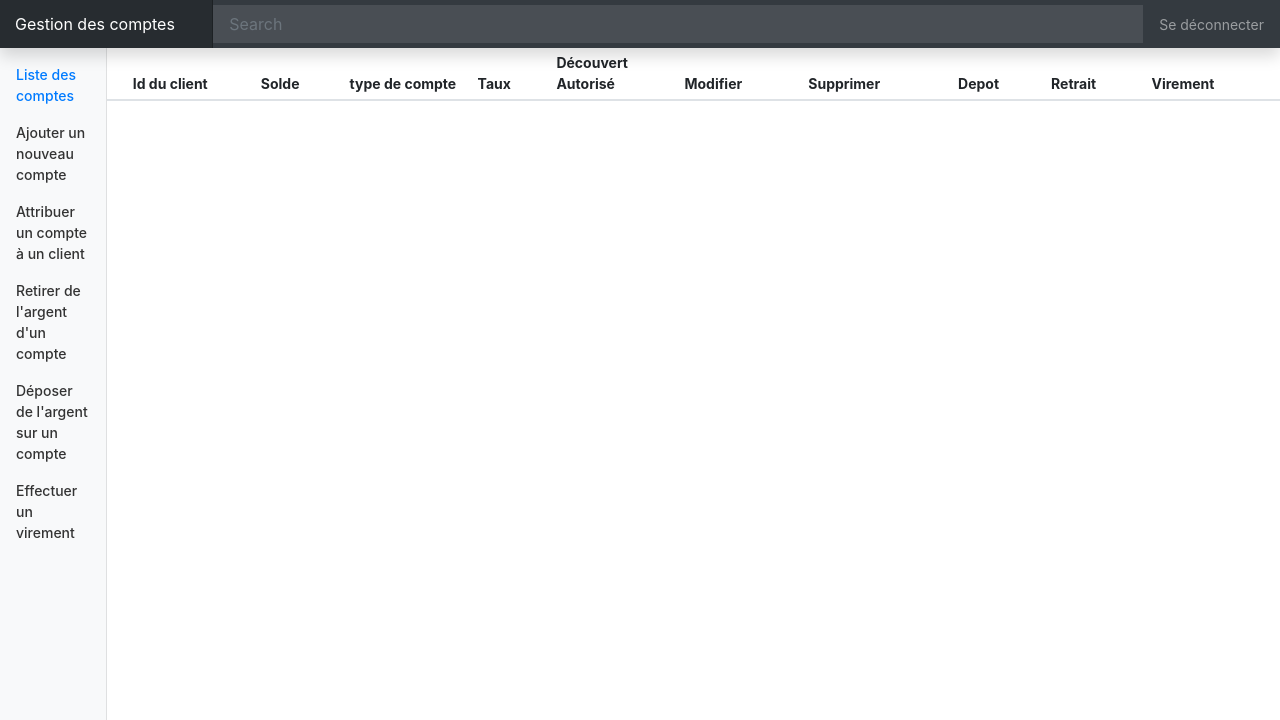
Repository: liiiseee/Projet
Page: http://localhost/02_projet_gestion_clients_compte/menu-comptes.jsp
These files come from the project's save history. The page is drawn as it stood at one moment and after the next save; the edit follows.
The browser window is 1280 px wide. The pictures show the whole page.
The page is served by Tomcat 9. The template is opened directly, without the code that normally fills it, so the values that code supplies are empty.

Above is the page before, as saved 2020-03-30 15:18:24.

After the next save:
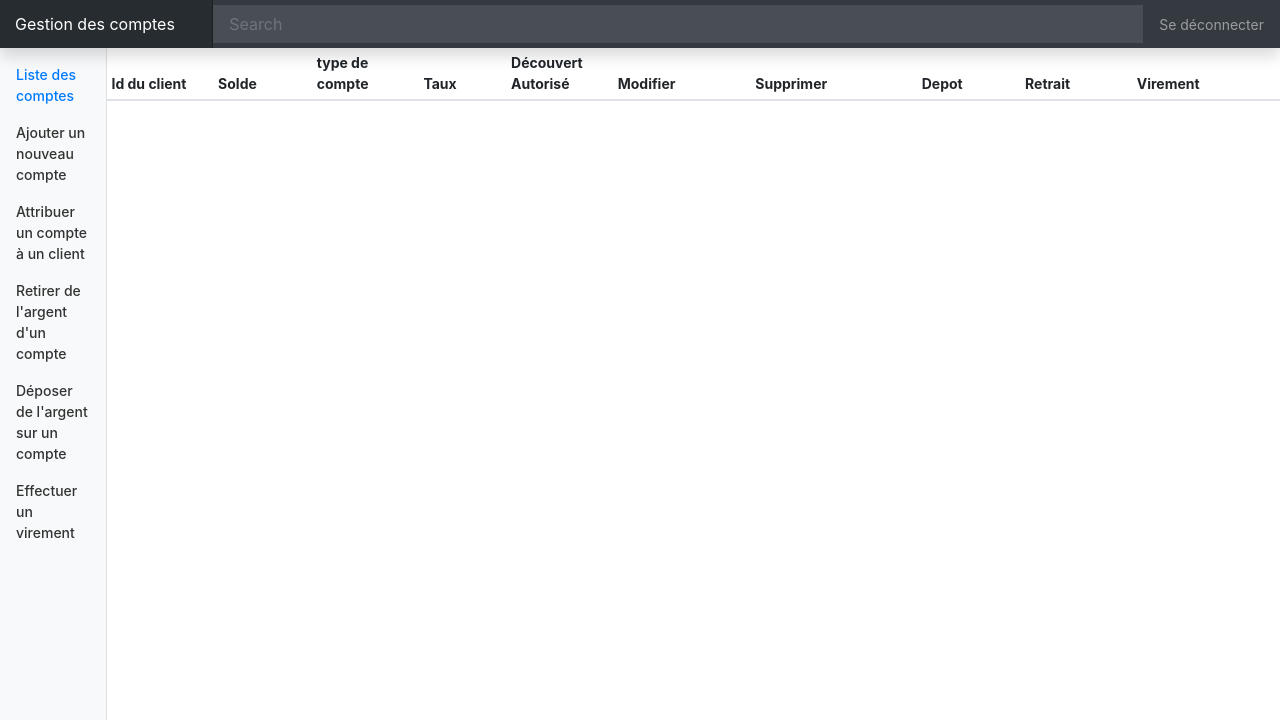
Saved 100 s later.
--- a/02_projet_gestion_clients_compte/WebContent/menu-comptes.jsp
+++ b/02_projet_gestion_clients_compte/WebContent/menu-comptes.jsp
@@ -107,16 +107,16 @@
 
           <thead >
             <tr>
-              	<th style="width:10%;">ID</th>
-              	<th style="width:10%;">Id du client</th>
-	 			<th style="width:10px;">Solde</th>
-	 			<th style="width:10%;">type de compte</th>
-	 			<th style="width:10px;">Taux</th>
-	 			<th style="width:10%;">Découvert Autorisé</th>
-	 			<th style="width:10px;">Modifier</th>
-	 			<th style="width:10px;">Supprimer</th>
-	 			<th style="width:10px;">Depot</th>
-	 			<th style="width:10px;">Retrait</th>
+              	<th class="col-md-1" style="width:10%;">ID</th>
+              	<th class="col-md-1" style="width:10%;">Id du client</th>
+	 			<th class="col-md-1" style="width:10px;">Solde</th>
+	 			<th class="col-md-1" style="width:10%;">type de compte</th>
+	 			<th class="col-md-1" style="width:10px;">Taux</th>
+	 			<th class="col-md-1" style="width:10%;">Découvert Autorisé</th>
+	 			<th class="col-md-1" style="width:10px;">Modifier</th>
+	 			<th class="col-md-1" style="width:10px;">Supprimer</th>
+	 			<th class="col-md-1" style="width:10px;">Depot</th>
+	 			<th class="col-md-1" style="width:10px;">Retrait</th>
 	 			<th class="col-md-1" style="width:10px;">Virement</th>
 
             </tr>
